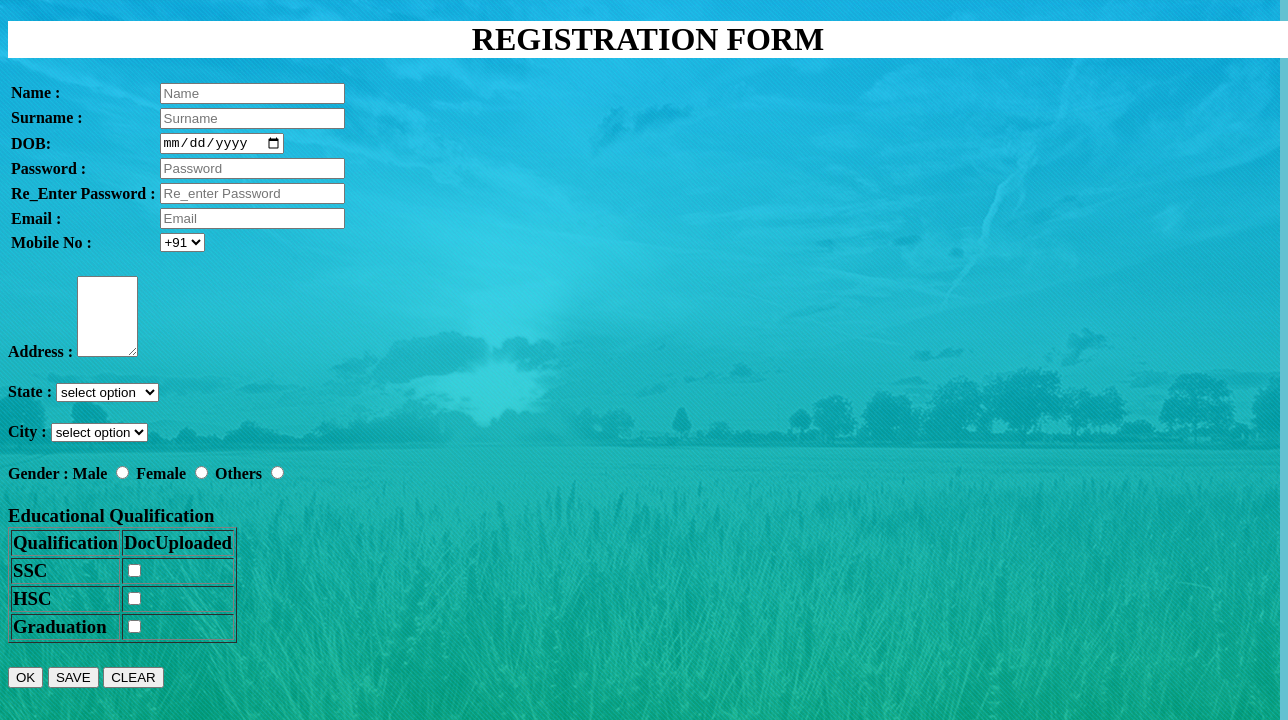
Repository: AJEET006/AdvanceJava-DSA
Page: ADVANCE_JAVA/HW_Example/WebContent/RegistrationForm.html
These files come from the project's save history. The page is drawn as it stood at one moment and after the next save; the edit follows.
The browser window is 1280 px wide. The page is 1288 px wide, so the pictures cover 1288 px, including what lies to the right of the window. The pictures show the whole page.

Above is the page before, as saved 2022-06-21 19:30:50.

After the next save:
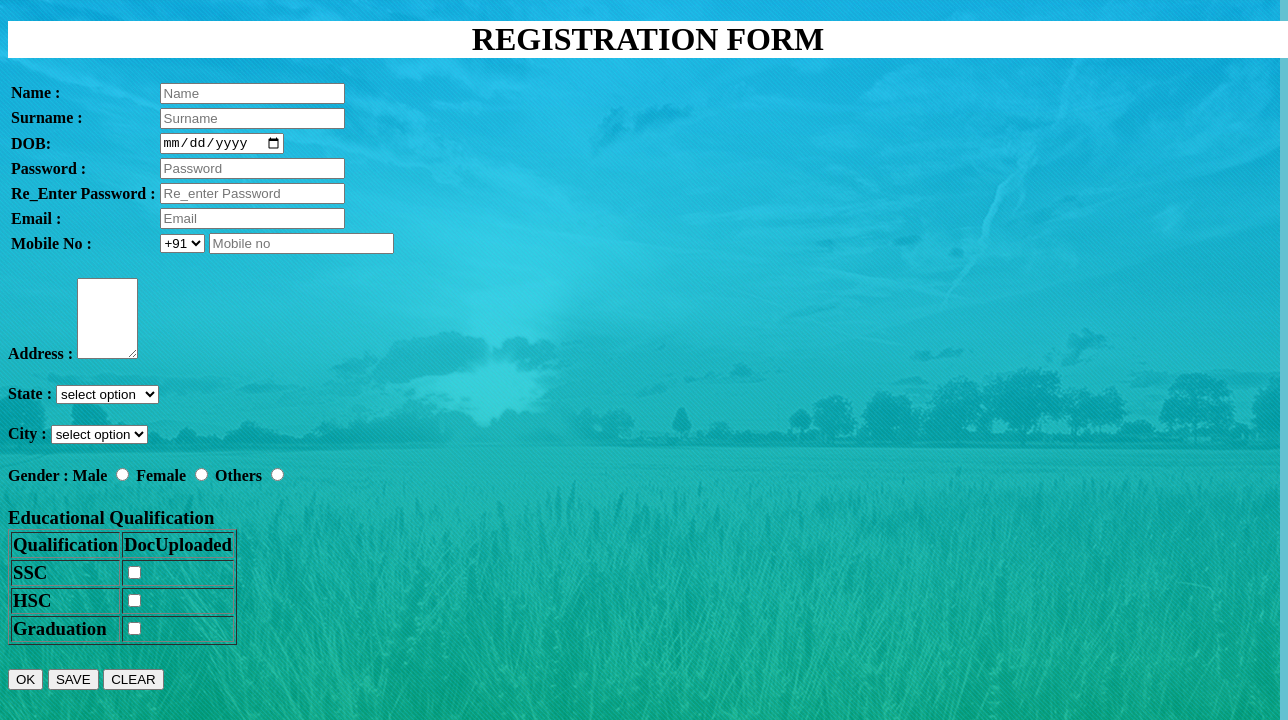
Saved 69 s later.
--- a/ADVANCE_JAVA/HW_Example/WebContent/RegistrationForm.html
+++ b/ADVANCE_JAVA/HW_Example/WebContent/RegistrationForm.html
@@ -54,6 +54,7 @@
 							<option>+96</option>
 							<option>+97</option>
 					</select>
+					<input type="Mobile No" placeholder="Mobile no" name="">
 				</td>
 			</tr>
 		</table>
